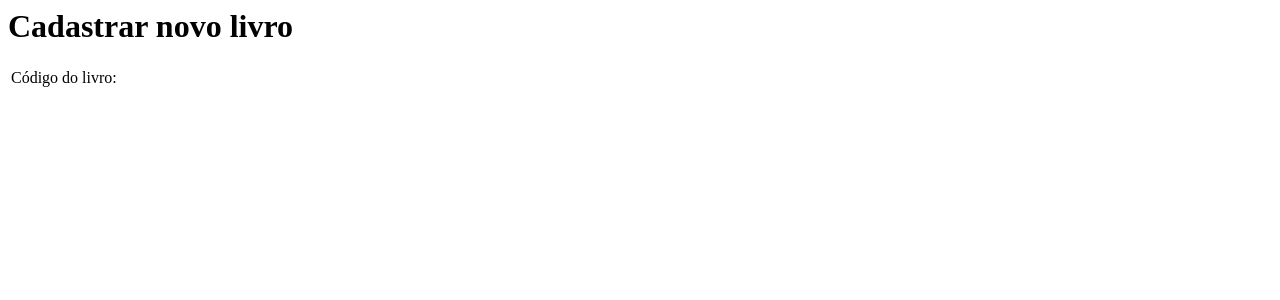
Repository: EikDEV/Atividade-Cliente-Servidor
Page: crudjspjava/src/main/webapp/livroform.html
An editor plug-in stored every save of this project. The page is shown before and after the next save, followed by the edit.
The browser window is 1280 px wide. The pictures show the whole page.

Above is the page before, as saved 2022-11-04 15:13:02.

After the next save:
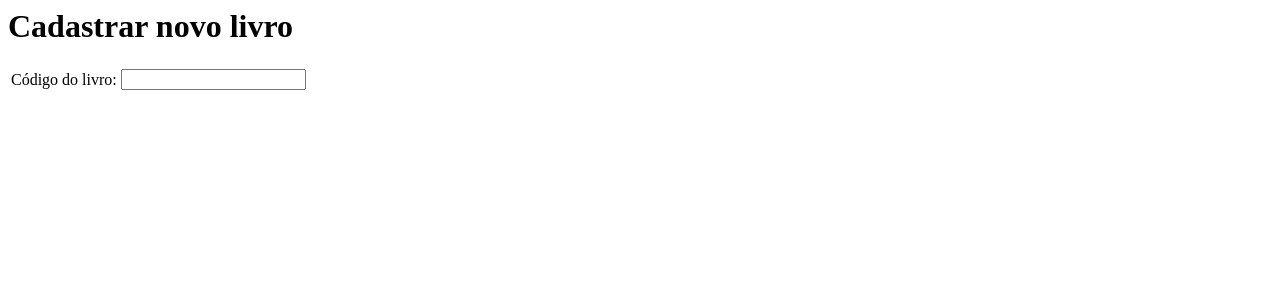
Saved 47 s later.
--- a/crudjspjava/src/main/webapp/livroform.html
+++ b/crudjspjava/src/main/webapp/livroform.html
@@ -4,6 +4,7 @@
 	<table>
 		<tr>
 			<td>Código do livro:</td>
+			<td><input type="number" /></td>
 		</tr>
 	</table>
 </form>
